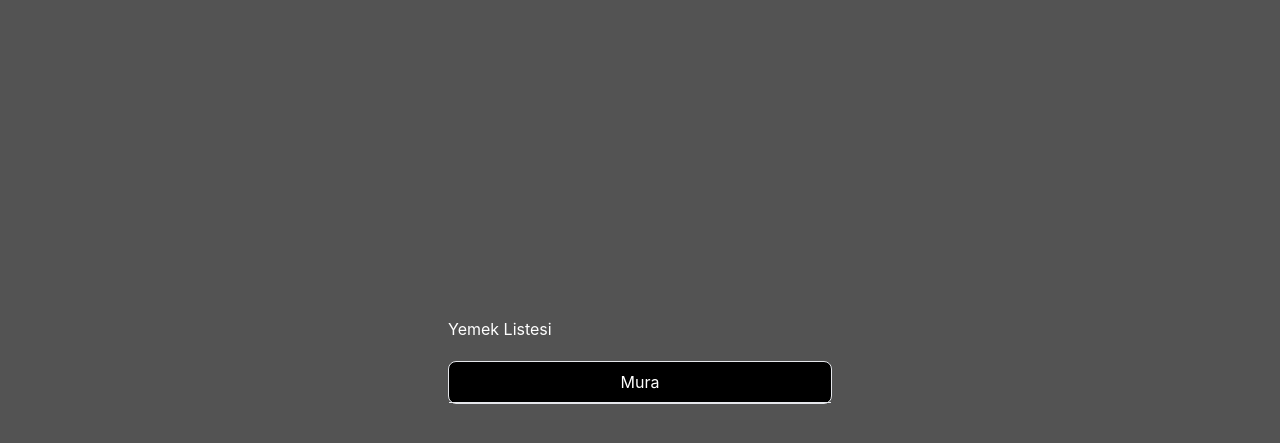
Repository: muratyildiz63/Composition-API-Nedir-todo-list
Page: /
An editor plug-in stored every save of this project. The page is shown before and after the next save, followed by the edit.
The browser window is 1280 px wide. The pictures show the whole page.
The project was rebuilt for these pictures with package versions that can differ from the ones it lists, and the page was loaded fresh each time. Also part of the build but not shown: vite.config.js.

Above is the page before, as saved 2022-08-15 18:50:47.

After the next save:
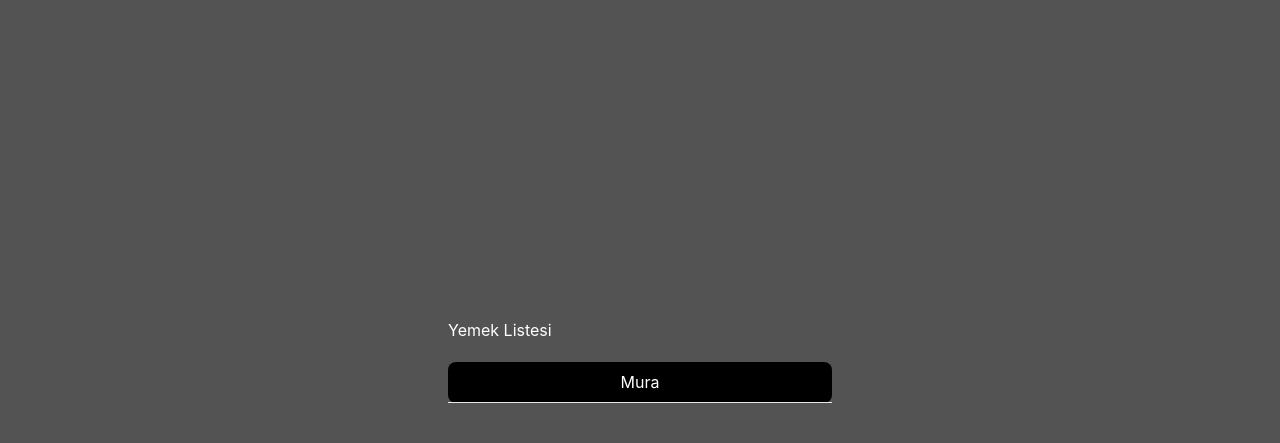
Saved 30 s later.
--- a/src/App.vue
+++ b/src/App.vue
@@ -4,8 +4,11 @@
 
     <div class="flex justify-center">
       <div
-        class="bg-black rounded-lg border border-gray-200 w-96 text-gray-900"      >
-        <div
+        class="bg-black rounded-lg  border-gray-200 w-96 text-gray-900"      >
+
+
+
+     <div
           aria-current="true"
           class="
             block
